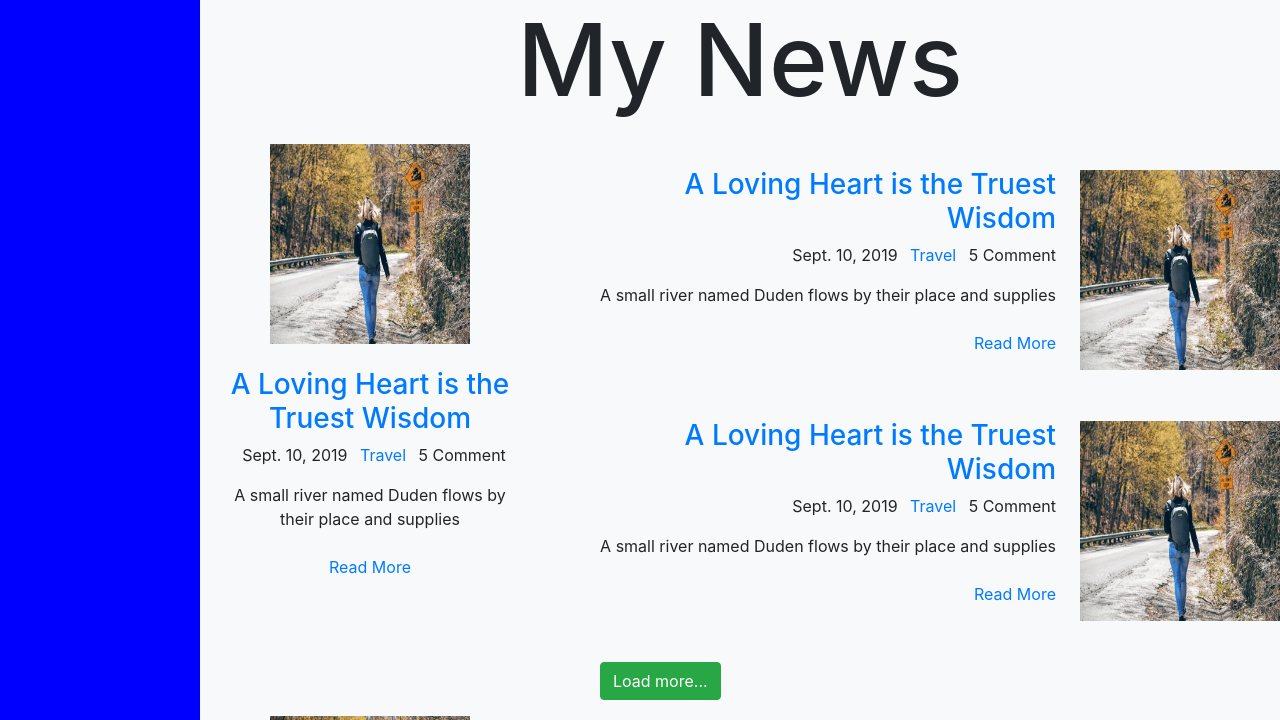
Repository: tts2610/GoogleNews
Page: index.html
An editor plug-in stored every save of this project. The page is shown before and after the next save, followed by the edit.
The browser window is 1280 px wide. The pictures show the whole page.
An inner scrolling area shows only its first screen.

Above is the page before, as saved 2020-05-20 14:24:55.

After the next save:
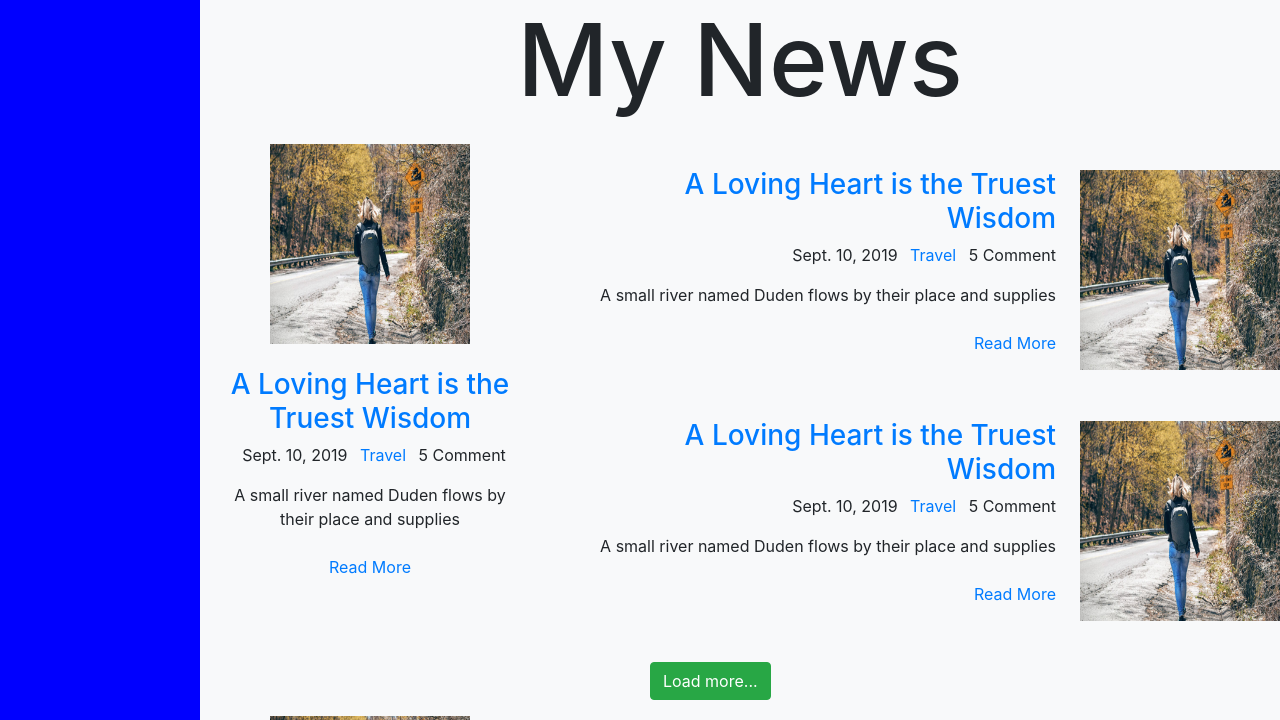
Saved 6 s later.
--- a/index.html
+++ b/index.html
@@ -86,7 +86,7 @@
                     </div>
                 </div>
             </div>
-            <button type="button" id="loadMoreBtn" class="btn btn-success my-3" style="margin-left: 400px;">Load more...</button>
+            <button type="button" id="loadMoreBtn" class="btn btn-success my-3" style="margin-left: 450px;">Load more...</button>
             <div class="row">
                 <div class="col-4 d-flex">
                     <div class="blog-entry-left">
